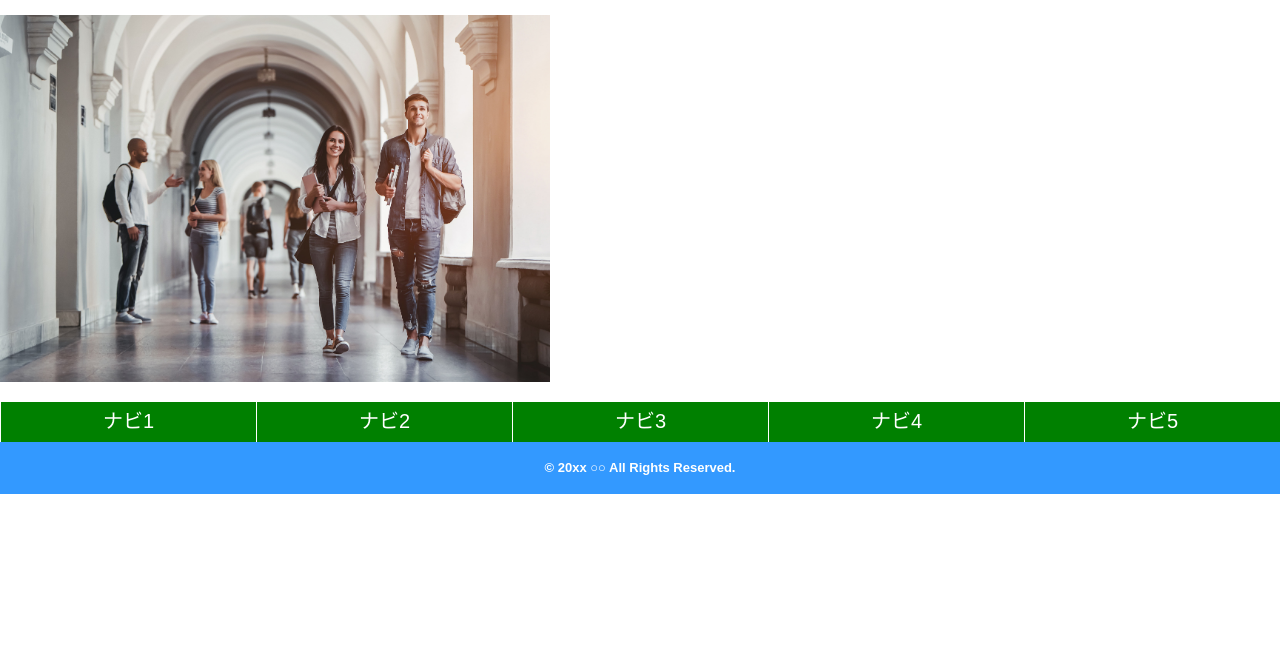
Repository: ondakoichi/samurai_HTML-CSS
Page: HTML/home.html
The author's editor kept a record of every edit. The page is drawn from the files as they stood at one moment, then again after the next edit.
The browser window is 1280 px wide. The pictures show the whole page.

Above is the page before.

### HTML/home.html
<!DOCTYPE html>
<html lang="ja">
    <head>
        <meta charset="UTF-8">
        <title>HTML/CSSの学習</title>
        <link rel="stylesheet" href="stylesheet.css">
    </head>
   <body>
        <div id="header">
            <h3><a href="index.html">
                <img id="corridor.jpg"
                src="images/corridor.jpg"
                alt="大学の廊下"
                width="550"
                height"600"/></a></h3>
        </div>
        <div id="wrapper">
          <div id="nav">
                <ul>
                    <li><a href="home.html">ナビ1</a></li>
                    <li><a href="#">ナビ2</a></li>
                    <li><a href="#">ナビ3</a></li>
                    <li><a href="#">ナビ4</a></li>
                    <li><a href="#">ナビ5</a></li>
                </ul>
            </div>
        </div>
        <div id="footer">
            <p>&copy; 20xx ○○ All Rights Reserved.</p>
        </div>
    </body>
</html>

### HTML/stylesheet.css
@charset "utf-8";

body {
	margin: 0;
	padding: 0;
	font-family: "ヒラギノ角ゴ Pro W3",
	"Hiragino Kaku Gothic Pro", "メイリオ",
	Meiryo, Osaka, "ＭＳ Ｐゴシック", "MS PGothic",
	sans-serif;
	color: #333;
	font-size: 13px;
	line-height: 150%;
}

/* -------------------- wrapper -------------------- */
#wrapper {
	width: 100%;
	margin: auto;
	padding: 0px;
	border: 0px;
	background-color: #FFF;
	top: 0px;
	position: relative;
}

 /* -------------------- header -------------------- */
 #header {
 	width: 100%;
 }
 #header h1 {
 	 margin: 0;
	 padding: 0;
 }

 #corridor {
	 width: 100%;
	 height: auto;
 }


 /* -------------------- footer -------------------- */
 #footer {
 	 clear: both;
 	 width: 100%;
 	 padding: 3px 0 3px 0;
 	 background: #39F;
 	 color: #FFF;
 	 font-weight: bold;
 	 text-align: center;
}

/* -------------------- nav -------------------- */
 #nav {
	 width: 100%;
 }
 #nav ul {
	 margin: 0;
	 padding: 0;
	 list-style-type: none;
 }
 #nav ul li {
	 float: left;
	 width: 20%;
	 text-align: center;
 }
 #nav ul li a {
	 display: block;
	 height: 20px;
	 margin: 0;
	 padding: 10px;
	 color: #FFF;
	 font-size: 20px;
	 text-decoration: none;
	 background-color: green;
    border-left: 1px solid white;
 }

 #nav ul li a:hover {
	 filter: drop-shadow(10px 10px 10px black);
 }

 /* -------------------- container -------------------- */
 #container {
	 width: 100%;
	 margin: auto ;
	 padding: auto;
	 padding-top: 20px;
	 clear: both;
 }
 /* -------------------- main -------------------- */
 #main {
	 float: left;
	 width: 60%;
	 padding: 10px 30px 10px 10px;
 }
 #main h2 {
	 margin: 0 0 10px 0;
	 padding: 3px 10px 3px 10px;
	 color: #FFF;
	 font-size: 16px;
	 border-left: solid 10px #C00;
	 background: #F90 url(../images/main_h2.jpg) right top repeat-y;
 }
 #main p {
	 margin: 0;
	 padding: 0;
 }
 #main .post {
	 margin: 0 0 30px 0;
 }

 #main .post img.right {
	 margin: 0 0 0 8px;
 }
 #main .post img.left {
	 margin: 0 8px 0 0;
 }

 .right {
	 float: right;
	 width: 40%;
	 height: auto;
 }
 .left {
	 float: left;
	 width: 40%;
	 height: auto;
 }

 /* -------------------- clearfix -------------------- */
 .clearfix {
	 zoom: 1;
 }
 .clearfix:after{
	 content: "";
	 display: block;
	 clear: both;
}
/* -------------------- clearfix -------------------- */
.clearfix {
	zoom: 1;
}
.clearfix:after{
	content: "";
	display: block;
	clear: both;
}

 /* -------------------- side -------------------- */
 #side {
 	 float: right;
 	 width: 30%;
 	 padding: 20px;
 	 background-color: #F99;
 }
 #side .box {
 	 margin: 0 auto 30px auto;
 	 padding: 0 0 20px 0;
 	 background: url(images/side_box.png) bottom no-repeat;
 }
 #side .box h2 {
 	 margin: 0;
 	 padding: 8px;
 	 text-align: center;
 	 color: #fff;
 	 font-size: 16px;
 	 line-height: 16px;
 	 font-weight: normal;
 	 background: url(images/side_box_h2.png) center no-repeat;
 }
 #side .box .boxBody {
 	 padding: 8px;
 	 border-right: solid 1px #C36;
 	 border-bottom: solid 1px #C36;
 	 border-left: solid 1px #C36;
 	 background: #fff;
 }
 #side .box .boxBody ul {
 	 margin: 0 0 16px 0;
 	 padding: 0;
 }
 #side .box .boxBody ul li {
 	 padding: 8px 0 8px 4px;
 	 list-style: none;
 	 border-bottom: solid 1px #C36;
 }

After the next edit:
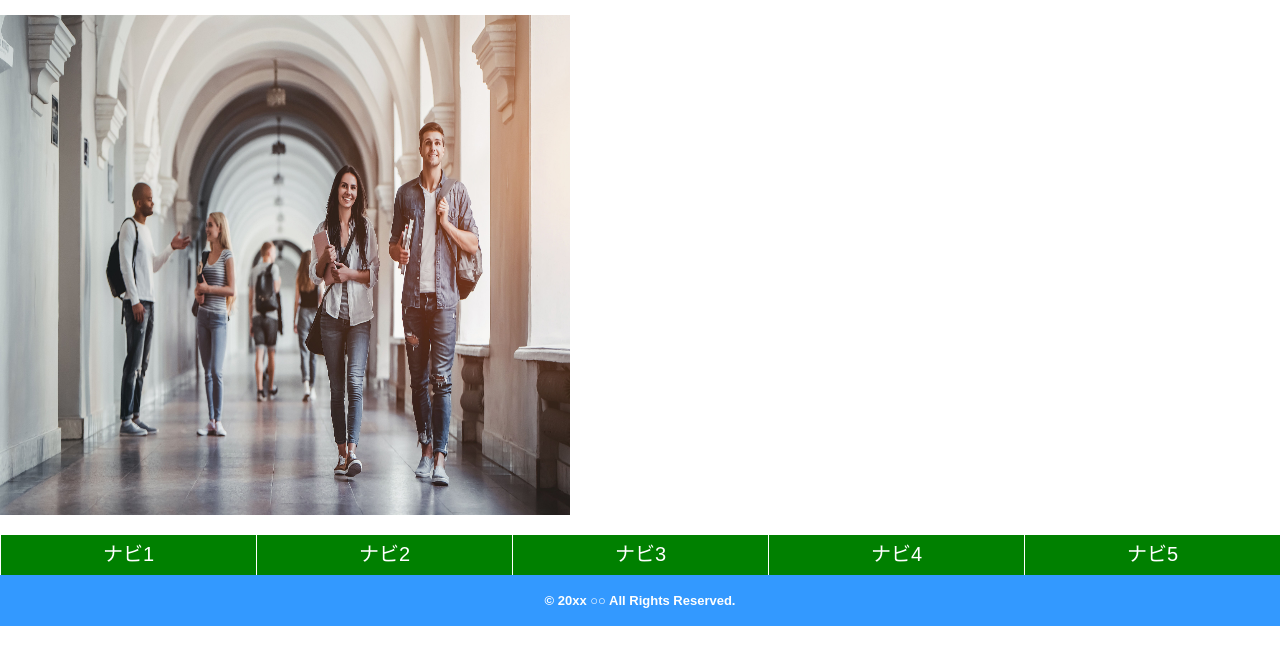
The edit:
--- a/HTML/home.html
+++ b/HTML/home.html
@@ -11,8 +11,8 @@
                 <img id="corridor.jpg"
                 src="images/corridor.jpg"
                 alt="大学の廊下"
-                width="550"
-                height"600"/></a></h3>
+                width="570"
+                height="500"/></a></h3>
         </div>
         <div id="wrapper">
           <div id="nav">
